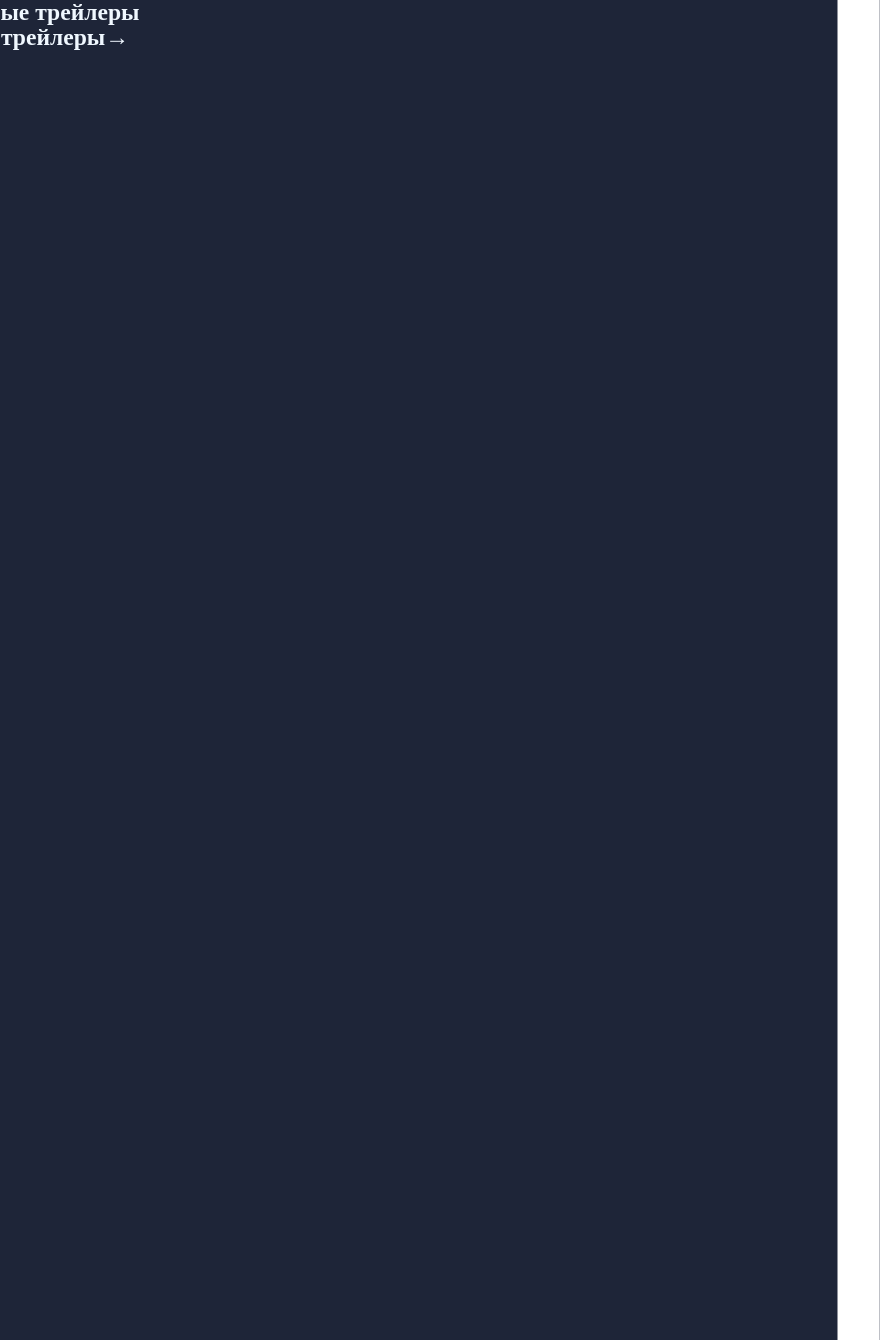
Repository: KHANas02/code
Page: index.html
These files come from the project's save history. The page is drawn as it stood at one moment and after the next save; the edit follows.
The browser window is 1280 px wide. The page is 1313 px wide, so the pictures cover 1313 px, including what lies to the right of the window. The pictures show the whole page, at 67% of full size.

Above is the page before, as saved 2024-03-14 13:38:12.

After the next save:
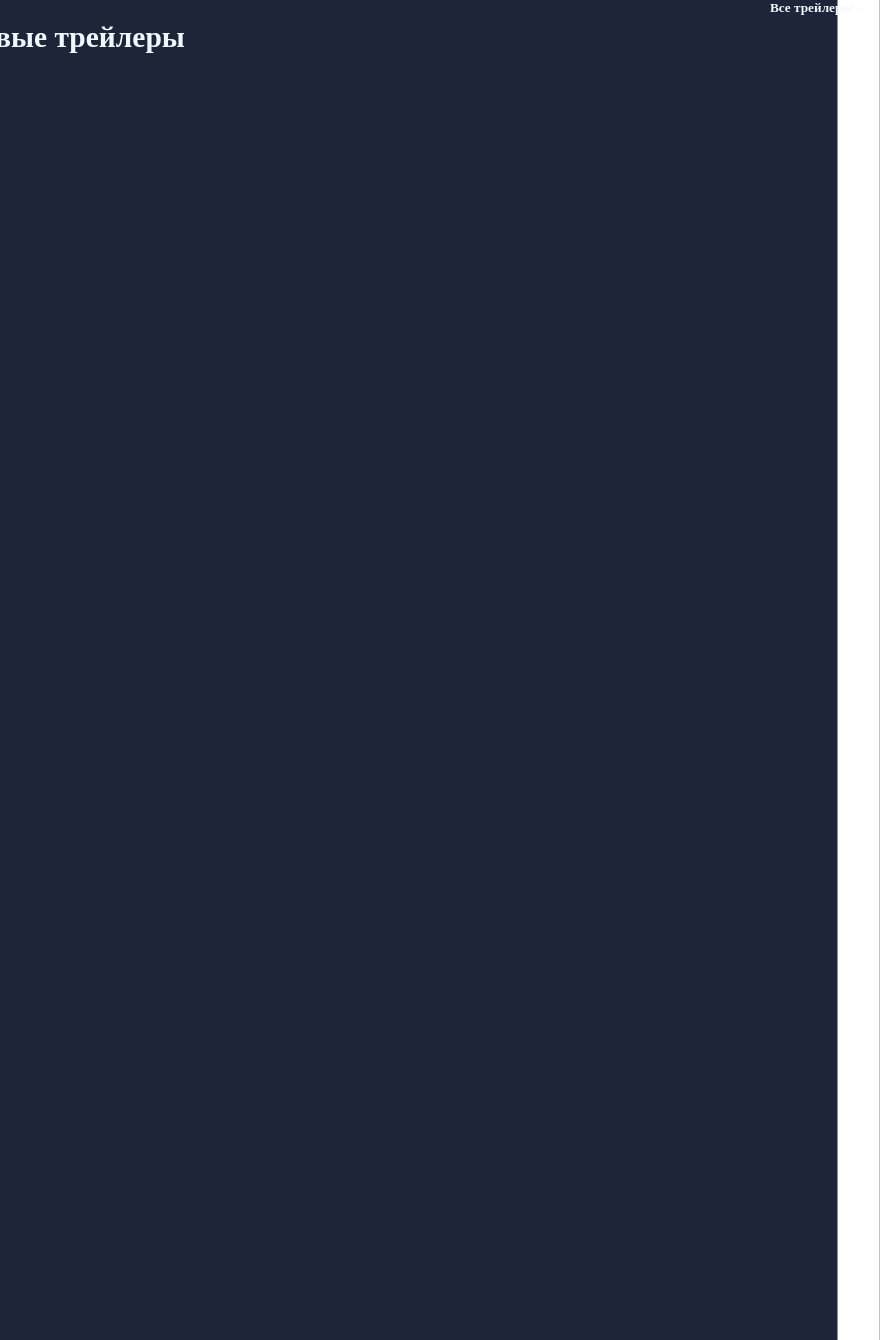
Saved 24 s later.
--- a/style.css
+++ b/style.css
@@ -14,3 +14,25 @@
 h1 {
   color: aliceblue;
 }
+b .text1 {
+  font-family: Qanelas;
+  font-size: 40px;
+  font-weight: 900;
+  line-height: 51px;
+  letter-spacing: 0em;
+  text-align: left;
+  position: relative;
+  top: 30px;
+}
+b .text2 {
+  position: relative;
+  bottom: 50px;
+  right: 20px;
+
+  font-size: 18px;
+  font-weight: 700;
+  line-height: 22px;
+  letter-spacing: 0em;
+  text-align: end;
+  margin-bottom: 100px;
+}
